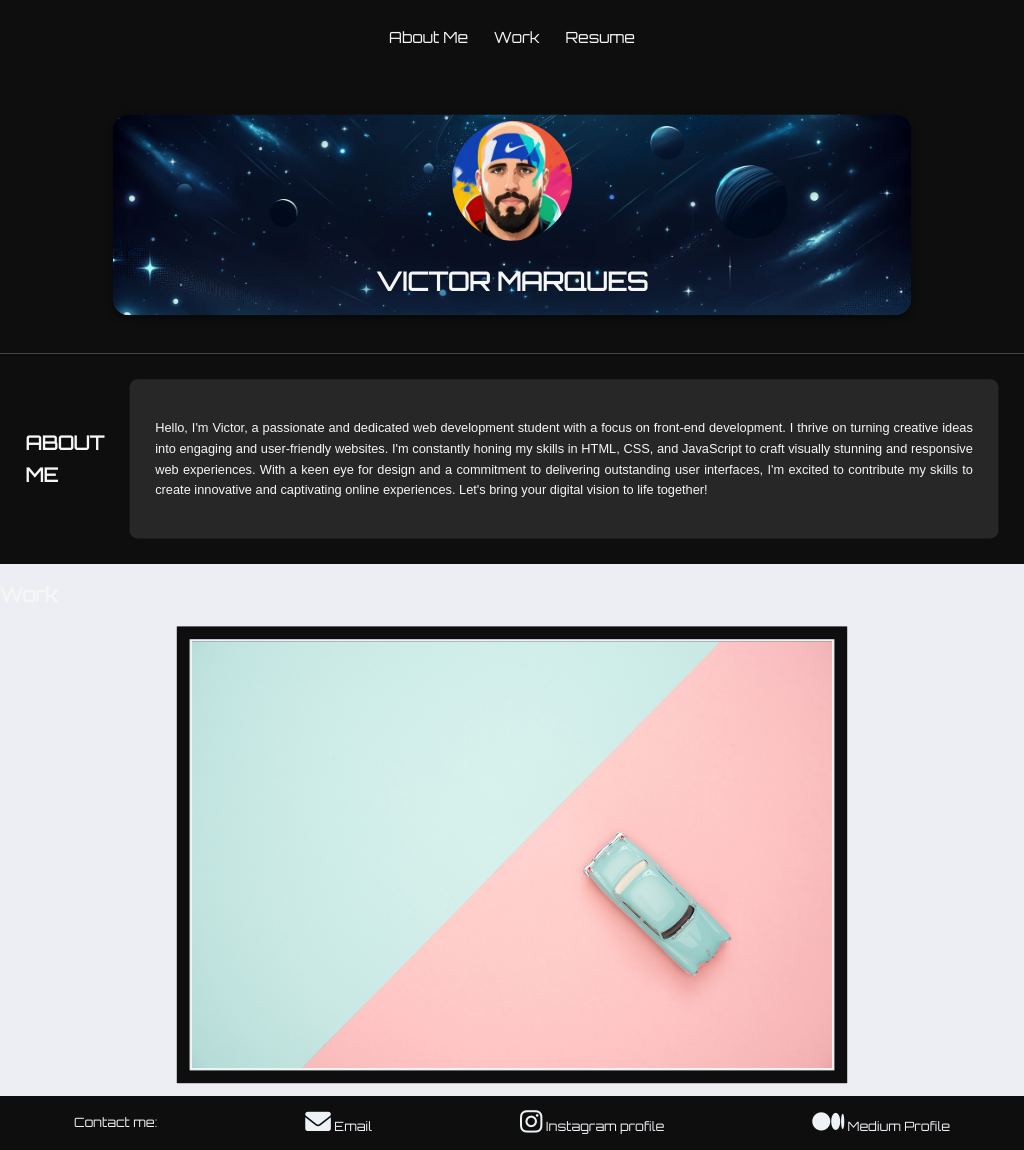
Repository: uvee35/Challenge2-Victor
Page: index.html
An editor plug-in stored every save of this project. The page is shown before and after the next save, followed by the edit.
The browser window is 1280 px wide. The pictures show the whole page, at 80% of full size.

Above is the page before, as saved 2023-12-12 20:22:05.

After the next save:
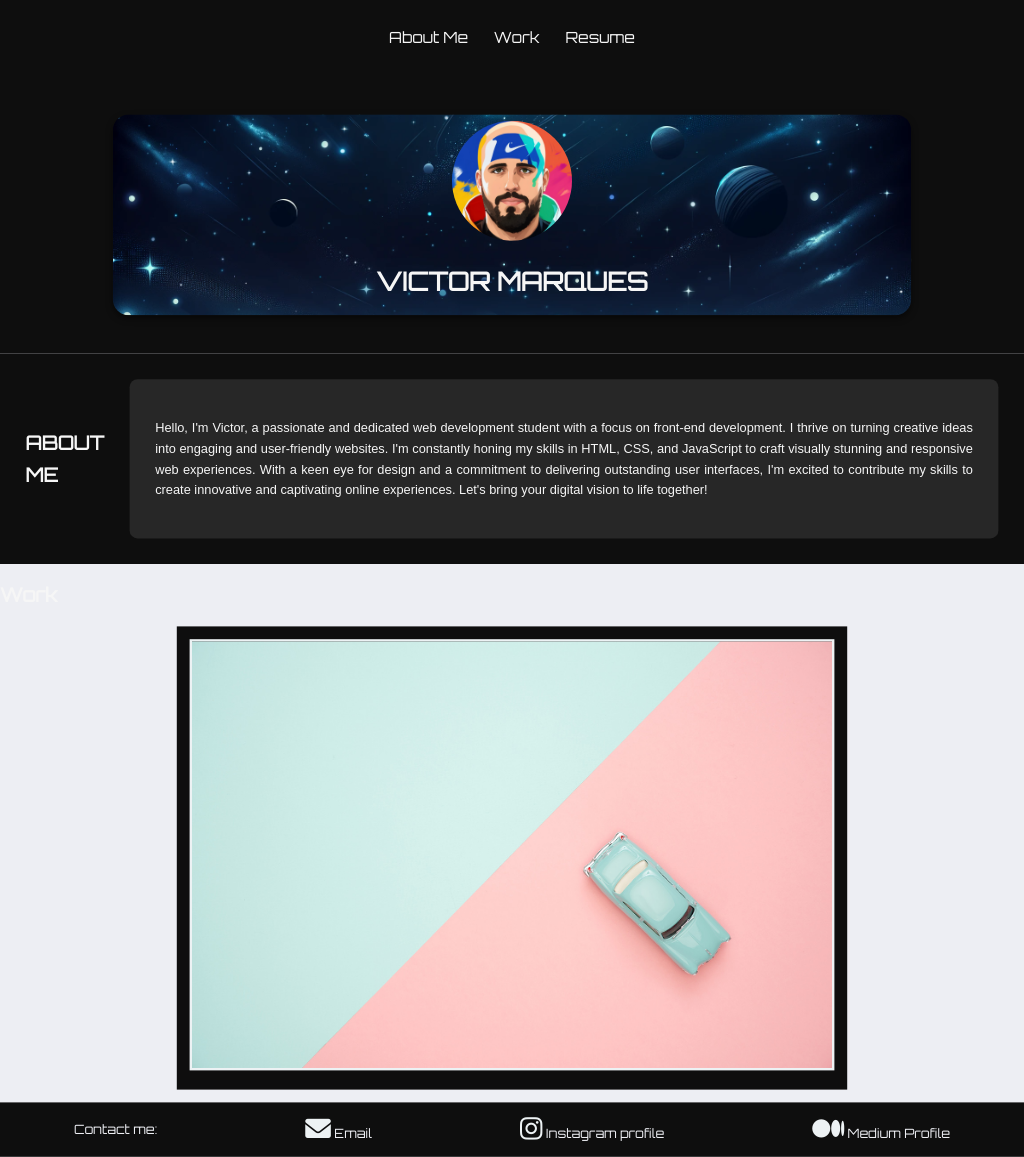
Saved 4 min 7 s later.
--- a/assets/style.css
+++ b/assets/style.css
@@ -34,15 +34,17 @@
   transition: transform 0.3s ease; /* Smooth transition for the transform effect */
 }
 
-.work__image {
+
+}.work__image {
   display: block; /* Removes bottom space under the image */
   width: 100%; /* Make the image responsive */
+  max-width: 300px; /* Maximum width the image can have */
+  min-width: 100px; /* Minimum width the image can have */
   height: auto; /* Maintain aspect ratio */
   transition: transform 0.3s ease; /* Smooth transition for the transform effect */
-  width: 100%;
-  max-width: 300px; /* The image won't exceed this width */
-  height: auto;
-}
+  margin: 0 auto; /* Center the image within its container */
+}
+
 
 
 

After the save that followed:
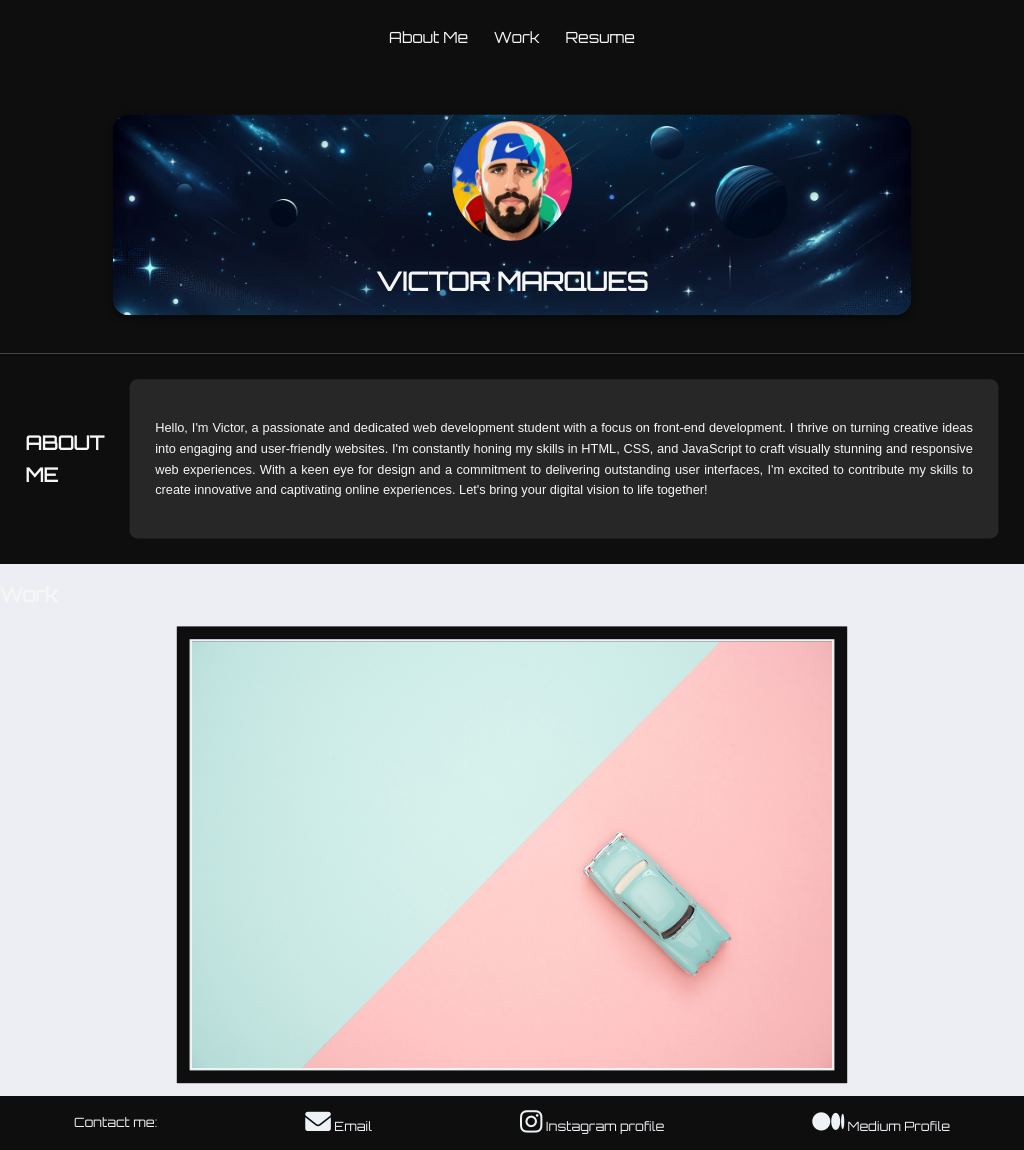
Saved 4 s later.
--- a/assets/style.css
+++ b/assets/style.css
@@ -35,7 +35,7 @@
 }
 
 
-}.work__image {
+.work__image {
   display: block; /* Removes bottom space under the image */
   width: 100%; /* Make the image responsive */
   max-width: 300px; /* Maximum width the image can have */
